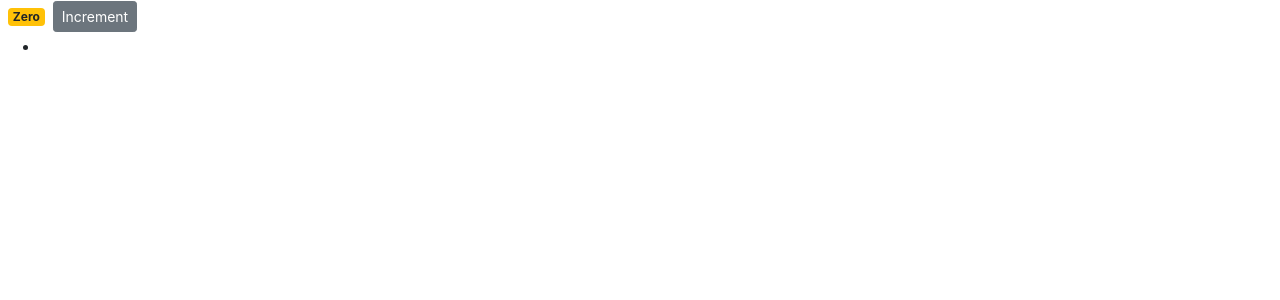
Repository: smk87/First-React-App
Page: /
The author's editor kept a copy of each file at every save. The page is drawn from the files as they stood at one save, then again after the next save.
The browser window is 1280 px wide. The pictures show the whole page.
The project was rebuilt for these pictures with package versions that can differ from the ones it lists, and the page was loaded fresh each time. Also part of the build but not shown: src/App.css, src/App.js.

Above is the page before, as saved 2019-01-04 21:07:34.

After the next save:
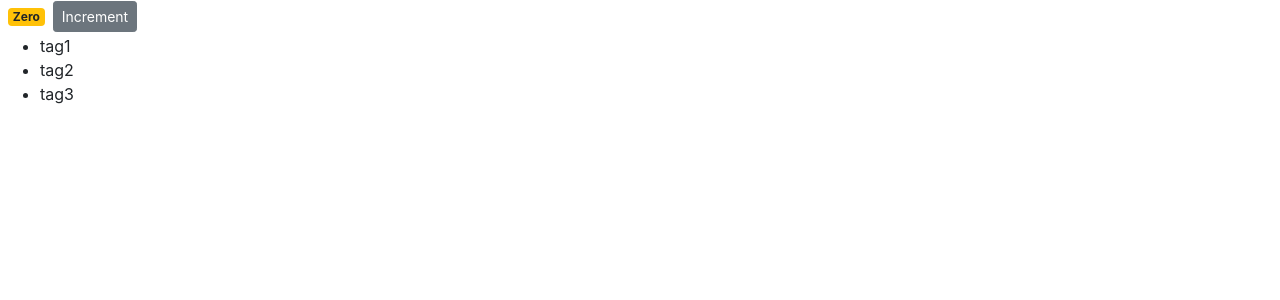
Saved 70 s later.
--- a/src/components/counter.jsx
+++ b/src/components/counter.jsx
@@ -12,7 +12,9 @@ class Counter extends Component {
         <span className={this.getBadgeClasses()}>{this.formatCount()}</span>
         <button className="btn btn-secondary btn-sm">Increment</button>
         <ul>
-          <li />
+          {this.state.tags.map(tag => (
+            <li>{tag}</li>
+          ))}
         </ul>
       </div>
     );
